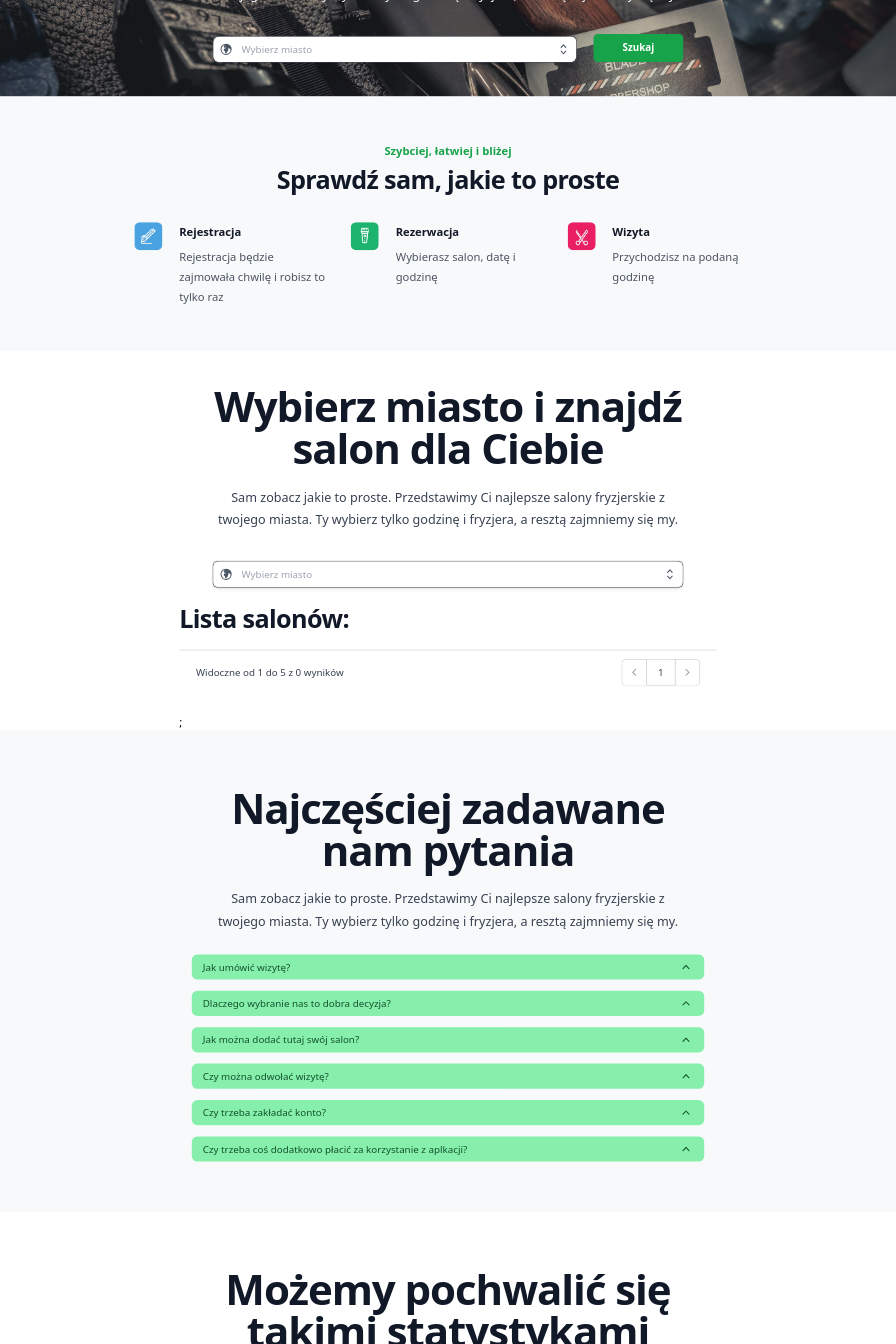
Repository: PrzemyslawJura/my-app
Page: / (app in frontend/)
The author's editor kept a copy of each file at every save. The page is drawn from the files as they stood at one save, then again after a run of saves.
The browser window is 1280 px wide. The pictures show the part of the page from y = 328 to 2248 px (the page is 2721 px tall), at 70% of full size.
The page's requests for data from a server got no answer. The project was rebuilt for these pictures with package versions that can differ from the ones it lists, and the page was loaded fresh each time. No one was signed in, and anything a server would have sent is missing. Also part of the build but not shown: frontend/src/home/Listbox.jsx, frontend/src/home/StepOne.jsx, frontend/src/home/StepTwo.jsx, frontend/src/home/SalonOffer.jsx, frontend/src/components/Calendar.jsx, frontend/src/components/Tabs.jsx, frontend/src/biznes/CalendarOfWork.jsx, frontend/src/components/CarouselDefault.jsx and 15 more.

Above is the page before, as saved 2023-11-21 19:44:14.

After the next 3 saves:
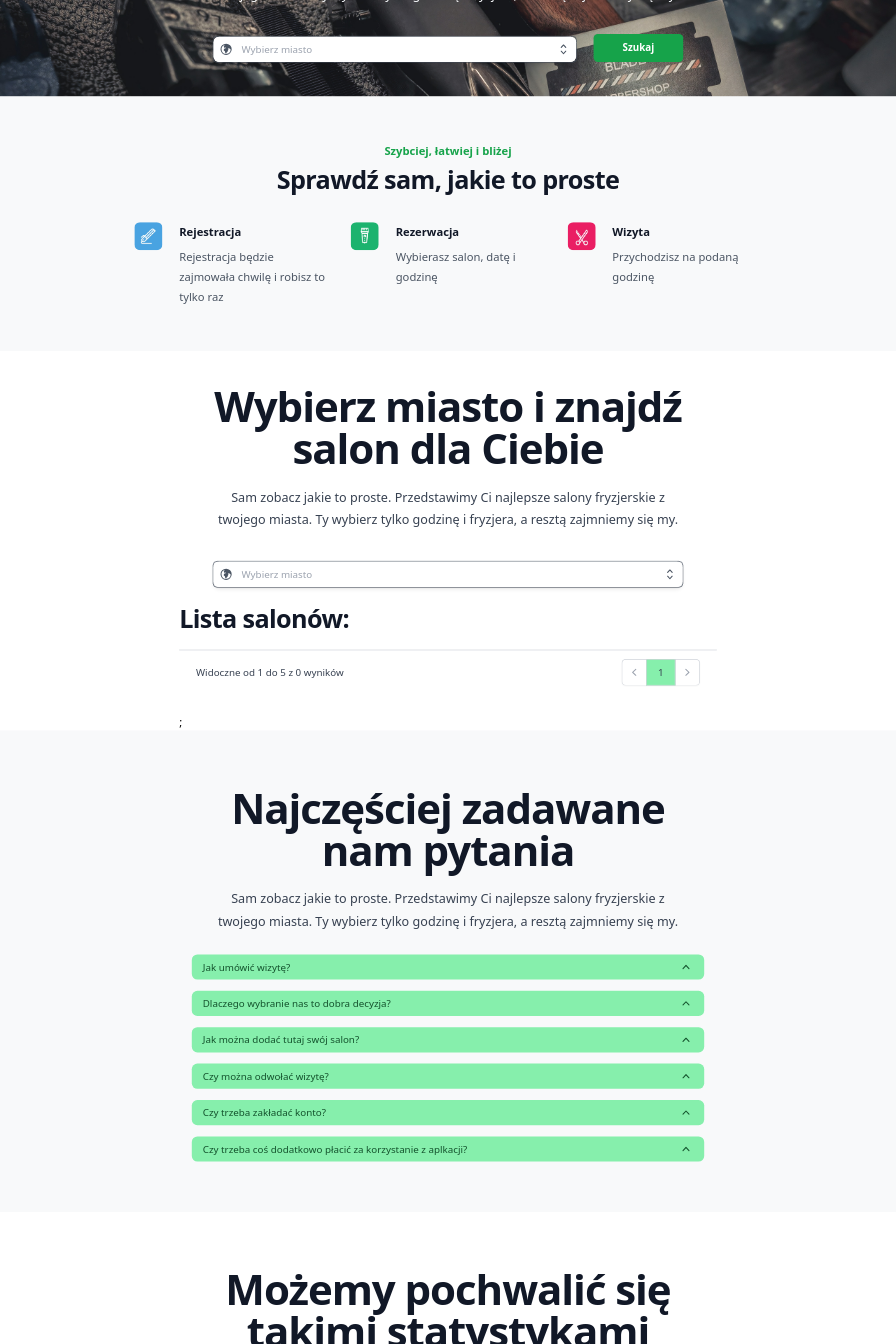
The 3 saves are shown as one change because 2 did not build or start.
The last was saved 110 s later.
--- a/frontend/src/shared_np_buttony_inputy_kalendarze_itp/PaginationTile.jsx
+++ b/frontend/src/shared_np_buttony_inputy_kalendarze_itp/PaginationTile.jsx
@@ -2,10 +2,9 @@ import { useEffect, useState } from 'react'
 
 export default function PaginationTile({title, rounded, setPage}) {
   const [ active, setActive ] =useState("")
-  function isActive()
-  {
-    setActive(" bg-green-300")
-  }
+  useEffect(()=>{
+		setActive(" bg-green-300");
+	}, [])
 
     return (
       <>
